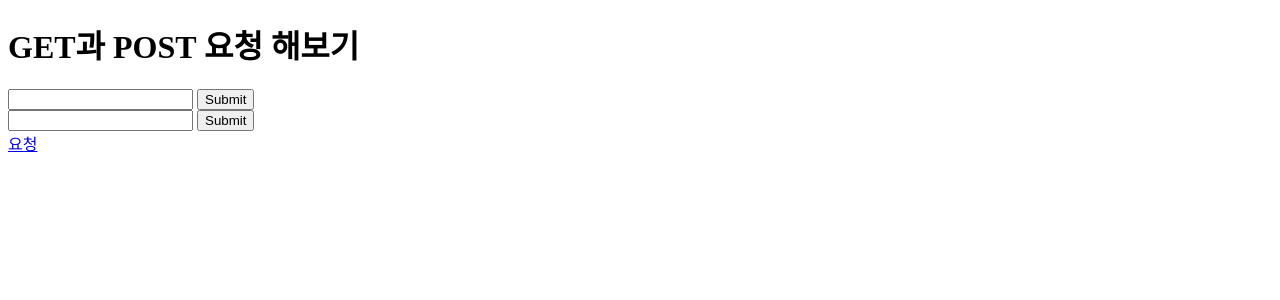
Repository: joeunpyeong/javaA
Page: 01.HelloJspServlet/src/main/webapp/getpost.html
The author's editor kept a copy of each file at every save. The page is drawn from the files as they stood at one save, then again after the next save.
The browser window is 1280 px wide. The pictures show the whole page.

Above is the page before, as saved 2023-05-18 02:31:14.

### 01.HelloJspServlet/src/main/webapp/getpost.html
<!DOCTYPE html>
<html>
<head>
<meta charset="UTF-8">
<title>Insert title here</title>
</head>
<body>
	<h1>GET과 POST 요청 해보기</h1>
	<!-- text값을 요청할 수 있는 폼태그 하나 만들고 요청해보기.(Submit) -->
	<form action="	" method ="get"> 										<!-- get은 url창에 뜸/ post는 url창에 안뜸 -->
		<input type="text" name="txt1" id="txt2">
		<input type="submit">
	</form>
	<form action="" method ="post">
		<input type="text" name="txt3" id="txt4">
		<input type="submit">
	</form>

	<!-- a태그로 Ex03_GetPost요청해보기
	a태그로 요청하면서 txt1이란 변수에 값 1234를 보내보기-->

	<form action="	" method ="get">
		<a href="Ex03_GetPost">요청</a>
	</form>

</body>
</html>

After the next save:
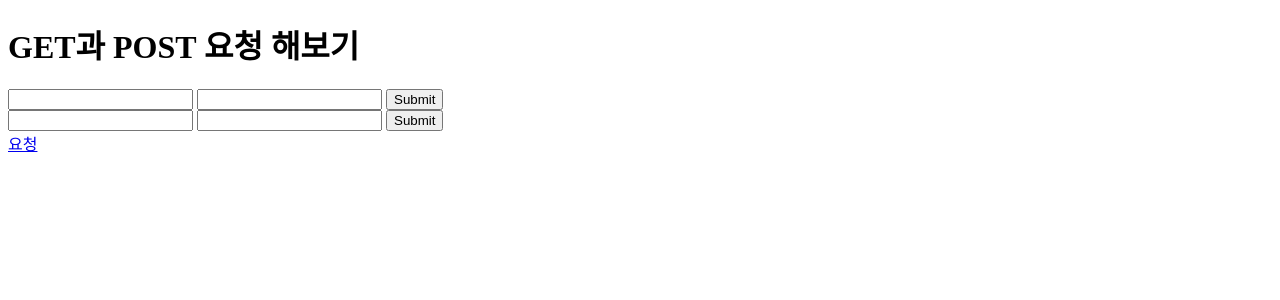
Saved 2 min 56 s later.
--- a/01.HelloJspServlet/src/main/webapp/getpost.html
+++ b/01.HelloJspServlet/src/main/webapp/getpost.html
@@ -9,19 +9,18 @@
 	<!-- text값을 요청할 수 있는 폼태그 하나 만들고 요청해보기.(Submit) -->
 	<form action="	" method ="get"> 										<!-- get은 url창에 뜸/ post는 url창에 안뜸 -->
 		<input type="text" name="txt1" id="txt2">
+		<input type="text" name="txt2" id="txt2">
 		<input type="submit">
 	</form>
 	<form action="" method ="post">
-		<input type="text" name="txt3" id="txt4">
+		<input type="text" name="txt1" id="txt2">
+		<input type="text" name="txt2" id="txt2">
 		<input type="submit">
 	</form>
 
 	<!-- a태그로 Ex03_GetPost요청해보기
 	a태그로 요청하면서 txt1이란 변수에 값 1234를 보내보기-->
-
-	<form action="	" method ="get">
-		<a href="Ex03_GetPost">요청</a>
-	</form>
+	<a href="Ex03_GetPost?txt1=2134">요청</a> <!-- 물음표를 넣고 값을 직접 넣어준다 -->
 
 </body>
 </html>
